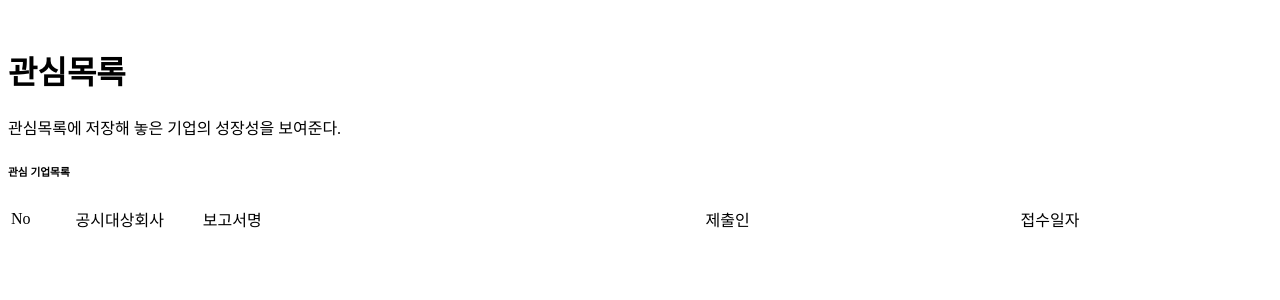
Repository: bangProgram/PJT_Finance
Page: http://localhost/Finance/WEB-INF/views/popup/dart/dartReportList.jsp
An editor plug-in stored every save of this project. The page is shown before and after the next save, followed by the edit.
The browser window is 1280 px wide. The pictures show the whole page.
The page is served by Tomcat 9. Nobody is signed in. Other server files are loaded and not shown. The template is opened directly, without the code that normally fills it, so the values that code supplies are empty.

Above is the page before, as saved 2022-11-14 05:57:07.
Console error: SyntaxError: Unexpected token ','

### Finance/src/main/webapp/WEB-INF/views/popup/dart/dartReportList.jsp
<%@ page pageEncoding="UTF-8" contentType="text/html;charset=utf-8"%>
<%@ taglib prefix="fmt" uri="http://java.sun.com/jsp/jstl/fmt"%>
<%@ taglib uri="http://java.sun.com/jsp/jstl/core" prefix="c"%>
<script src="https://code.jquery.com/jquery-3.4.1.min.js"></script>﻿
<script type="text/javascript">
	var toggleChk = true;
	$(document).ready(function(){
		$("#dartReprtList").dataTable({
			lengthMenu: [ 15, 20, 25, 30, 35 ],
		 	data: ${getDartReportJson},
		 	destroy: true,
		 	ordering: true,
		 	columns: [
		  		{ data: 'SEQ' },
		  		{ data: 'CORP_NM' },
		  		{ "data": 'REPRT_NM',
		  			"defaultContent" : '',
		  			"render": function(data, type, row, meta){
		  	            if(type === 'display'){
		  	              	data = '<a href="#" onclick="openReportPop(\''+row.REPRT_NO+'\',\''+row.REPRT_NM+'\')" >'+row.REPRT_NM+'</a>';
		  	            }
		  	            return data;
		  	         }
		  		},
		  		{ data: 'FLR_NM' },
		  		{ data: 'REPORT_DT' }
		  	]
		});
	});

	function openReportPop(reprtNo,reprtNm){
        var url = "https://dart.fss.or.kr/dsaf001/main.do?rcpNo="+reprtNo;
        var name = reprtNm;
        var option = "width = 500, height = 1500, top = 100, left = 200, location = no"
        window.open(url, name, option);
    }
</script>

<style>
@keyframes add {
	from{background : lightgreen;}
	to{background : transparent;}
}

@keyframes del {
	from{background : indianred;}
	to{background : transparent;}
}

@keyframes search {
	from{background : lightsteelblue;}
	to{background : transparent;}
}

</style>
<html>
<head>
<title>사업장 목록</title>
</head>
<body>
<div class="container-fluid">
	<form name="searchForm" method="post">

    </form>
</div>

<div class="container-fluid">

	<!-- Page Heading -->
	<h1 class="h3 mb-2 text-gray-800">관심목록</h1>
	<p class="mb-4">관심목록에 저장해 놓은 기업의 성장성을 보여준다.
		<span id=""></span>
	</p>

	<!-- DataTales Example -->
    <div class="card shadow mb-4">
        <div class="card-header py-3" id="dataTables">
            <h6 class="m-0 font-weight-bold text-primary">관심 기업목록</h6>
        </div>
        <div class="card-body">
            <div class="table-responsive" >
                <table id="dartReprtList" class="table table-bordered" id="dataTable" width="100%" >
                	<colgroup>
                		<col width="5%"/>
                		<col width="10%"/>
                		<col width="40%"/>
                		<col width="25%"/>
                		<col width="20%"/>
                	</colgroup>
                    <thead id="tableHead">
			            <tr>
			            	<td>No</td>
							<td>공시대상회사</td>
							<td>보고서명</td>
							<td>제출인</td>
							<td>접수일자</td>
						</tr>
			        </thead>
			        <tbody id="bodyList" style="font-size: 12px;">
			        </tbody>
                </table>
            </div>
        </div>
    </div>
</div>
</body>
</html>

After the next save:
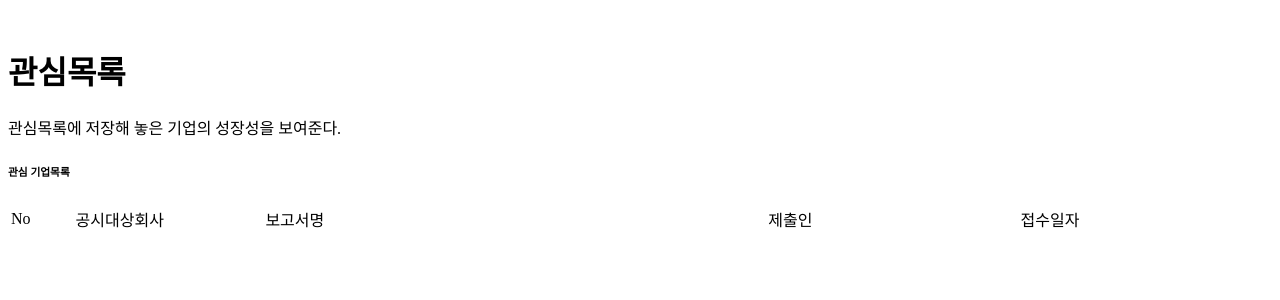
Saved 10 s later.
--- a/Finance/src/main/webapp/WEB-INF/views/popup/dart/dartReportList.jsp
+++ b/Finance/src/main/webapp/WEB-INF/views/popup/dart/dartReportList.jsp
@@ -82,9 +82,9 @@
                 <table id="dartReprtList" class="table table-bordered" id="dataTable" width="100%" >
                 	<colgroup>
                 		<col width="5%"/>
-                		<col width="10%"/>
+                		<col width="15%"/>
                 		<col width="40%"/>
-                		<col width="25%"/>
+                		<col width="20%"/>
                 		<col width="20%"/>
                 	</colgroup>
                     <thead id="tableHead">
